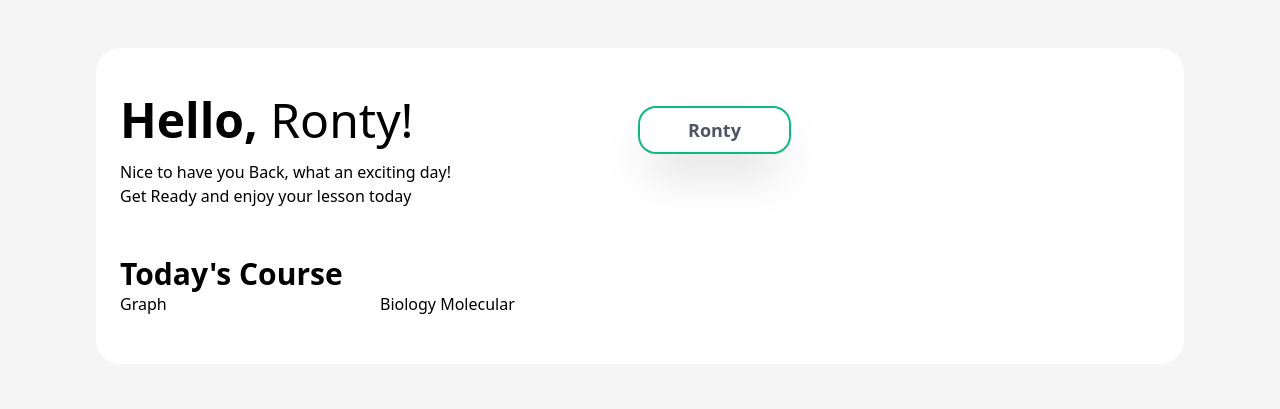
Repository: coolronts/Vite-Tailwind
Page: /
An editor plug-in stored every save of this project. The page is shown before and after the next save, followed by the edit.
The browser window is 1280 px wide. The pictures show the whole page.
The project was rebuilt for these pictures with package versions that can differ from the ones it lists, and the page was loaded fresh each time. Also part of the build but not shown: vite.config.js.

Above is the page before, as saved 2021-11-26 07:27:30.

### src/App.jsx
import './App.css'

import {Course, Intro} from './Section'
import { PrimaryButton, SecondaryButton } from './components/Button'

import {PrimaryCard} from './components/Card'
import SplitScreen from './components/SplitScreen'
import { useState } from 'react'

function App() {

  return (
    <div className="App bg-white my-12 mx-24 rounded-3xl px-6 py-12">
      <SplitScreen>
        <div id="left">
          <Intro/>
          <div id="course">
            <p className="text-3xl font-bold  font-sans">Today's Course</p>
            <Course/>
          </div>

        </div>

        <div id="right">
          <SecondaryButton name="Ronty"/>
        </div>


      </SplitScreen>
    </div>
  )
}

export default App

### src/Section/index.js
import Course from "./Course";
import Intro from "./Intro";

export { Intro, Course };

### src/components/Button/index.jsx
import React from 'react'

export const PrimaryButton = ({name}) =>{
  return (
    <button className="bg-green-500 px-12 py-2 ring-2 ring-green-500 text-white text-lg font-semibold shadow-2xl rounded-2xl mt-3">
      {name}
    </button>
  )
}

export const SecondaryButton = ({name}) =>{
  return (
    <button className="bg-white px-12 py-2 ring-2 ring-green-500 text-gray-600 text-lg font-semibold shadow-2xl rounded-2xl mt-3">
      {name}
    </button>
  )
}

### src/components/SplitScreen/index.jsx
import PropTypes from 'prop-types'
import React from "react"
import tw from "tailwind-styled-components"

const Container = tw.div`${(props) => props.weight}`;

const Pane = tw.div`${(props) => props.weight}`;

const SplitScreen = ({
	children,
	containerWeight = 'flex w-full',
  leftWeight = 'w-1/2',
	rightWeight = 'w-1/2',
}) => {
	const [left, right] = children;
	return (
		<Container className={containerWeight}>
			<Pane className={leftWeight}>
				{left}
			</Pane>
			<Pane className={rightWeight}>
				{right}
			</Pane>
		</Container>
	);
}

export default SplitScreen

SplitScreen.propTypes = {
	children: PropTypes.arrayOf(PropTypes.node).isRequired,
	containerWeight: PropTypes.string,
	leftWeight: PropTypes.string,
	rightWeight: PropTypes.string,
}

### src/Section/Course/index.jsx
import React from 'react'
import SplitScreen from '../../components/SplitScreen'

export default function Course() {
  return (
    <SplitScreen>
      <div id="left">
        Graph
      </div>
      <div id="right">
        <h4>Biology Molecular</h4>
      </div>
    </SplitScreen>
  )
}

### src/Section/Intro/index.jsx
import React from 'react'

export default function Intro({name}) {
  return (
    <div className="mb-12">
      <h3 className="text-5xl font-sans font-bold mb-4">Hello, <span className="font-light">Ronty!</span> </h3>
      <div className="font-semibold tracking-wide text-gray-500">

      </div>
      <h5>Nice to have you Back, what an exciting day!</h5>
      <h5>Get Ready and enjoy your lesson today</h5>
    </div>
  )
}

### src/components/Card/index.jsx
import React from 'react'

export const PrimaryCard =({children})=> {
  return (
    <div className="bg-purple-50 py-3 px-6 w-1/3 rounded-xl shadow-xl">
      {children}
    </div>
  )
}

Loaded but not shown: index.html (common file); src/main.jsx (common file); src/index.css (common file); src/App.css (common file); tailwind.config.js (common file)

After the next save:
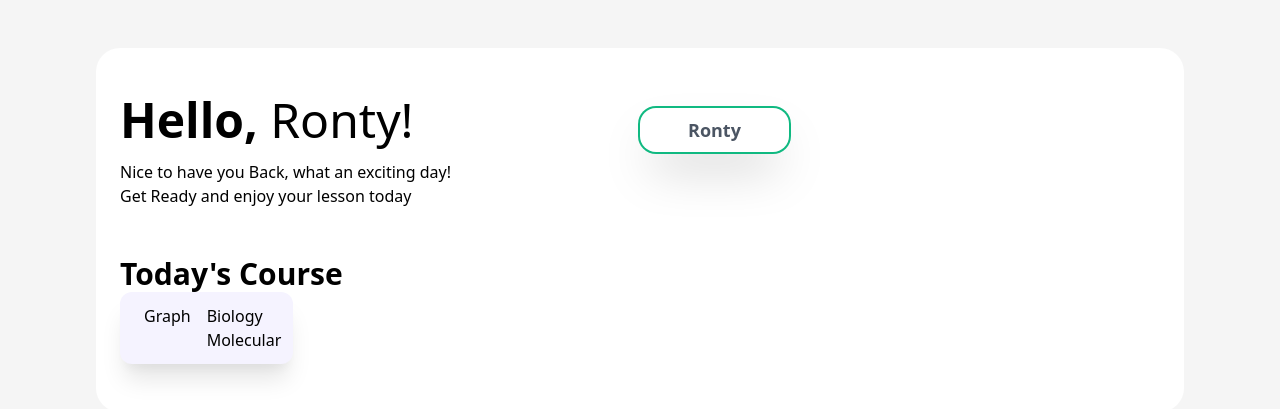
Saved 25 s later.
--- a/src/App.jsx
+++ b/src/App.jsx
@@ -16,7 +16,9 @@ function App() {
           <Intro/>
           <div id="course">
             <p className="text-3xl font-bold  font-sans">Today's Course</p>
-            <Course/>
+            <PrimaryCard>
+              <Course/>
+            </PrimaryCard>
           </div>
 
         </div>
